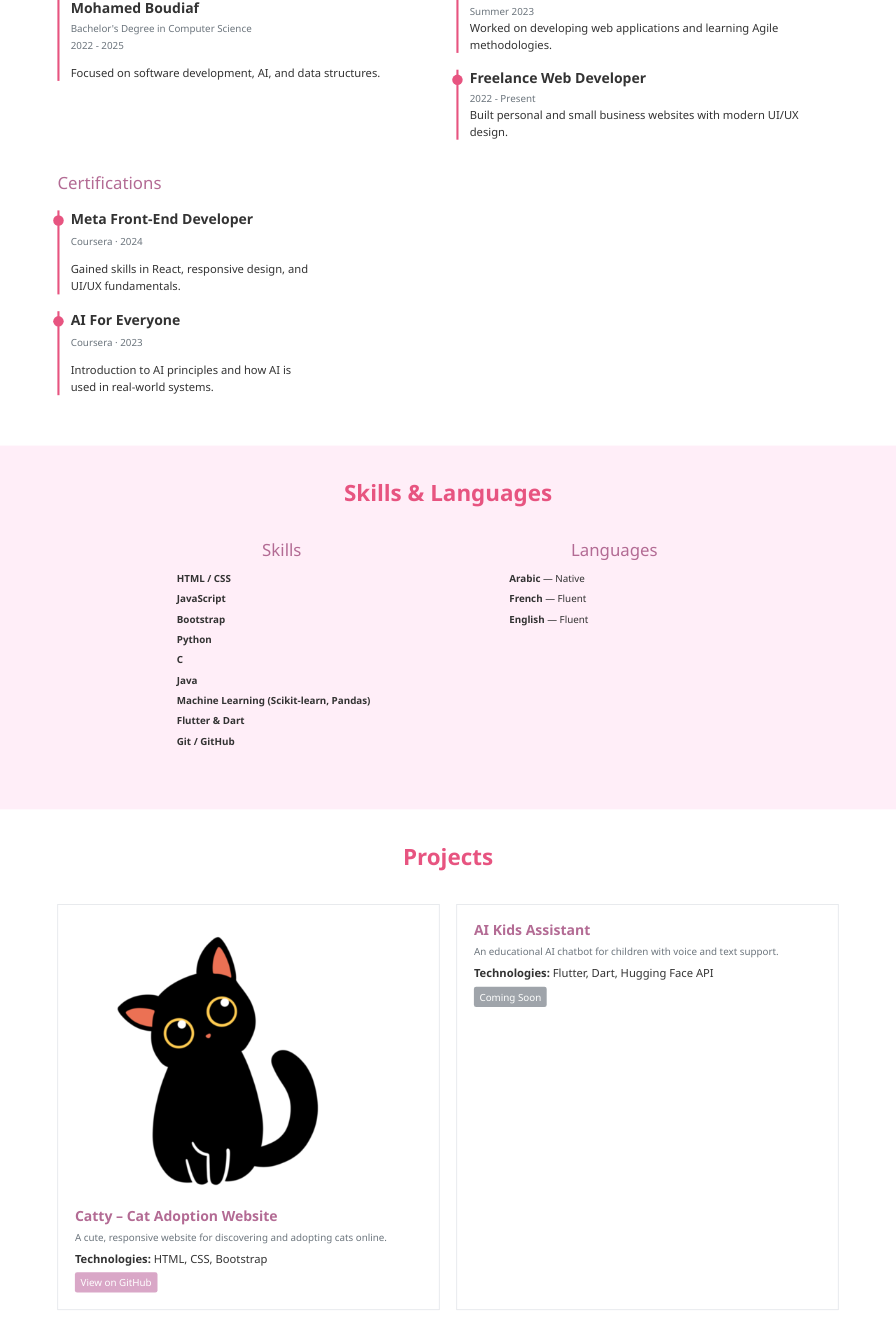
Repository: rihebtlh/portfolio
Page: new.html
An editor plug-in stored every save of this project. The page is shown before and after the next save, followed by the edit.
The browser window is 1280 px wide. The pictures show the part of the page from y = 1481 to 3401 px (the page is 3401 px tall before and 3302 px after), at 70% of full size.

Above is the page before, as saved 2025-07-02 16:03:02.

### new.html
<!DOCTYPE html>
<html lang="en">
<head>
  <meta charset="UTF-8" />
  <meta name="viewport" content="width=device-width, initial-scale=1.0" />
  <title>Riheb Talhi Portfolio</title>
  <link href="https://cdn.jsdelivr.net/npm/bootstrap@5.0.2/dist/css/bootstrap.min.css" rel="stylesheet" />
  <script src="https://cdn.jsdelivr.net/npm/bootstrap@5.0.2/dist/js/bootstrap.bundle.min.js"></script>
  <link rel="stylesheet" href="https://cdn.jsdelivr.net/npm/bootstrap-icons@1.10.5/font/bootstrap-icons.css">


  <style>
    body {
      font-family: 'Segoe UI', sans-serif;
      color: #333;
      background: #fff;
    }

    .navbar {
      background: rgba(255, 255, 255, 0.9);
      box-shadow: 0 4px 6px rgba(0, 0, 0, 0.05);
    }

    .navbar-nav .nav-link {
      color: #b36b94 !important;
      font-weight: 500;
    }

    .navbar-nav .nav-link:hover {
      color: #e75480 !important;
    }

    .btn-secondary {
      background-color: #d9a7c7;
      border: none;
    }

    .btn-secondary:hover {
      background-color: #e2b8d3;
    }

    h1, h2 {
      font-weight: 700;
    }

    .display-2 {
      color: #e75480;
    }

    .display-5 {
      color: #a070a8;
    }

    section {
      padding: 4rem 0;
    }

    .head {
      background-color: #ffeef8;
    }

    .about {
      background-color: #ffffff;
    }

    .about h2 {
      color: #e75480;
    }

    .about p {
      font-size: 1.1rem;
      color: #444;
      max-width: 800px;
    }

    img.rounded-circle {
      border: 4px solid #fff;
    }
    /* Simple timeline style */
  .timeline-item {
    border-left: 3px solid #e75480;
    padding-left: 1rem;
    position: relative;
  }
  .timeline-item::before {
    content: '';
    position: absolute;
    left: -9px;
    top: 0.4rem;
    width: 15px;
    height: 15px;
    background: #e75480;
    border-radius: 50%;
  }
  </style>
</head>
<body>

  <!-- Navbar -->
  <nav class="navbar navbar-expand-md navbar-light fixed-top">
    <div class="container-xxl">
      <button class="navbar-toggler" type="button" data-bs-toggle="collapse" data-bs-target="#main-nav"
        aria-controls="main-nav" aria-expanded="false" aria-label="Toggle navigation">
        <span class="navbar-toggler-icon"></span>
      </button>

      <div class="collapse navbar-collapse justify-content-end align-items-center" id="main-nav">
        <ul class="navbar-nav">
          <li class="nav-item"><a class="nav-link" href="#about">About Me</a></li>
          <li class="nav-item"><a class="nav-link" href="#resume">My Resume</a></li>
          <li class="nav-item"><a class="nav-link" href="#skills">Skills & Languages</a></li>
          <li class="nav-item"><a class="nav-link" href="#projects">Projects</a></li>
          <li class="nav-item ms-2 d-none d-md-inline">
            <a class="btn btn-secondary" href="#contact">Contact me here!</a>
          </li>
        </ul>
      </div>
    </div>
  </nav>

  <!-- Hero Section -->
    <section class="head d-flex align-items-center" style="min-height: 100vh;" id="home">
    <div class="container-lg">
        <div class="row justify-content-center align-items-center">
        <div class="col-md-8 text-start">
            <h1>
            <div class="display-2 fw-bold">Riheb Talhi</div>
            <div class="display-5">Computer Science Student</div>
            <div class="display-6 text-muted">just love to solve real-world problems through creative coding.</div>
            </h1>
        </div>
        <div class="col-md-4 text-center d-none d-md-block">
            <span class="tt" data-bs-placement="bottom" title="pic">
            <img src="/assets/pic.jpg" alt="Your photo" class="img-fluid rounded-circle shadow" style="max-height: 400px;">
            </span>
        </div>
        </div>
    </div>
    </section>


  <!-- About Me Section (White) -->
  <section class="about" id="about">
    <div class="container-lg">
      <div class="row justify-content-center">
        <div class="col-md-5">
          <h2 class="mb-4">About Me</h2>
          <p><strong>Name:</strong> Riheb Talhi</p>
          <p><strong>Email:</strong> talhiriheb@gmail.com</p>
          <p><strong>Education:</strong> university of science and technology of oran - mohamed boudiaf</p>
          <p>
            <i class="bi bi-github text-dark me-2"></i>
            <a href="https://github.com/rihebtlh" target="_blank">@rihebtlh</a>
          </p>
          <p>
            <i class="bi bi-linkedin"></i>
            <a href="https://www.linkedin.com/in/riheb-talhi-bab320293" target="_blank">Talhi Riheb</a>
          </p>
          <p>
            I love building smart, helpful apps and exploring the world of artificial intelligence.
            Currently, I'm focused on AI development especially in natural language processing (NLP) and machine learning (ML).
          </p>

        </div>
      </div>
    </div>
  </section>
  <!-- Resume Section -->
    <section id="resume" class="py-5" style="background:#fff;">
        <div class="container-lg">
            <h2 class="mb-5" style="color:#e75480;">My Resume</h2>
            <div class="row">

            <!-- Education -->
            <div class="col-md-6 mb-4">
                <h4 class="mb-4" style="color:#b36b94;">Education</h4>
                <div class="timeline">
                <div class="timeline-item mb-4">
                    <h5 class="mb-1 fw-bold">University of Science and Technology of Oran - Mohamed Boudiaf</h5>
                    <p class="text-muted mb-0"><small>Bachelor's Degree in Computer Science</small></p>
                    <p class="text-muted"><small>2022 - 2025</small></p>
                    <p>Focused on software development, AI, and data structures.</p>
                </div>
                <!-- Add more education here if needed -->
                </div>
            </div>

            <!-- Experience -->
            <div class="col-md-6 mb-4">
                <h4 class="mb-4" style="color:#b36b94;">Experience</h4>
                <div class="timeline">
                <div class="timeline-item mb-4">
                    <h5 class="mb-1 fw-bold">Internship at XYZ Company</h5>
                    <p class="text-muted mb-0"><small>Summer 2023</small></p>
                    <p>Worked on developing web applications and learning Agile methodologies.</p>
                </div>
                <div class="timeline-item mb-4">
                    <h5 class="mb-1 fw-bold">Freelance Web Developer</h5>
                    <p class="text-muted mb-0"><small>2022 - Present</small></p>
                    <p>Built personal and small business websites with modern UI/UX design.</p>
                </div>
                <!-- Add more experience as needed -->
                </div>
            </div>
            </div>
            <!-- Certifications -->
            <div class="col-md-4 mb-4">
                <h4 class="mb-4" style="color:#b36b94;">Certifications</h4>
                <div class="timeline">
                <div class="timeline-item mb-4">
                    <h5 class="fw-bold">Meta Front-End Developer</h5>
                    <p class="text-muted"><small>Coursera · 2024</small></p>
                    <p>Gained skills in React, responsive design, and UI/UX fundamentals.</p>
                </div>
                <div class="timeline-item mb-4">
                    <h5 class="fw-bold">AI For Everyone</h5>
                    <p class="text-muted"><small>Coursera · 2023</small></p>
                    <p>Introduction to AI principles and how AI is used in real-world systems.</p>
                </div>
                </div>
            </div>
        </div>
    </section>
    <!-- Skills & Languages Section -->
    <section id="skills" class="py-5" style="background-color: #ffeef8;">
    <div class="container-lg text-center">
        <h2 class="mb-5" style="color: #e75480;">Skills & Languages</h2>

        <div class="row justify-content-center">
        <!-- Skills -->
        <div class="col-md-5 mb-4">
            <h4 class="mb-3" style="color: #b36b94;">Skills</h4>
            <ul class="list-unstyled small text-start mx-auto" style="max-width: 300px;">
            <li class="mb-2"><strong>HTML / CSS</strong></li>
            <li class="mb-2"><strong>JavaScript</strong></li>
            <li class="mb-2"><strong>Bootstrap</strong></li>
            <li class="mb-2"><strong>Python</strong></li>
            <li class="mb-2"><strong>C</strong></li>
            <li class="mb-2"><strong>Java</strong></li>
            <li class="mb-2"><strong>Machine Learning (Scikit-learn, Pandas)</strong></li>
            <li class="mb-2"><strong>Flutter & Dart</strong></li>
            <li class="mb-2"><strong>Git / GitHub</strong></li>
            </ul>
        </div>

        <!-- Languages -->
        <div class="col-md-5 mb-4">
            <h4 class="mb-3" style="color: #b36b94;">Languages</h4>
            <ul class="list-unstyled small text-start mx-auto" style="max-width: 300px;">
            <li class="mb-2"><strong>Arabic</strong> — Native</li>
            <li class="mb-2"><strong>French</strong> — Fluent</li>
            <li class="mb-2"><strong>English</strong> — Fluent</li>
            </ul>
        </div>
        </div>
    </div>
    </section>
    <!-- Projects Section -->
    <section id="projects" class="py-5" style="background-color: #fff;">
      <div class="container-lg">
        <h2 class="mb-5 text-center" style="color: #e75480;">Projects</h2>

        <div class="row justify-content-center g-4">

          <!-- Project 1 -->
          <div class="col-md-6">
            <div class="p-4 border rounded-4 h-100" style="border-color: #ffd6e8; background-color: #fff;">
              <!-- Project Image -->
              <img src="assets/catLogo.webp" alt="Catty Website Preview" class="img-fluid rounded mb-2">
              <!-- Project Content -->
              <h5 class="fw-bold" style="color: #b36b94;">Catty – Cat Adoption Website</h5>
              <p class="text-muted small mb-2">A cute, responsive website for discovering and adopting cats online.</p>
              <p class="mb-2"><strong>Technologies:</strong> HTML, CSS, Bootstrap</p>
              <a href="https://github.com/rihebtlh/catty-storefront" target="_blank" class="btn btn-sm btn-secondary">View on GitHub</a>
            </div>
          </div>


          <!-- Project 2 -->
          <div class="col-md-6">
            <div class="p-4 border rounded-4 h-100" style="border-color: #ffd6e8;">
              <h5 class="fw-bold" style="color: #b36b94;">AI Kids Assistant</h5>
              <p class="text-muted small mb-2">An educational AI chatbot for children with voice and text support.</p>
              <p class="mb-2"><strong>Technologies:</strong> Flutter, Dart, Hugging Face API</p>
              <a href="#" target="_blank" class="btn btn-sm btn-secondary disabled">Coming Soon</a>
            </div>
          </div>

          <!-- Add more projects here -->

        </div>
      </div>
    </section>






  <!-- Tooltip Init -->
  <script>
    const tooltips = document.querySelectorAll('.tt');
    tooltips.forEach(t => {
      new bootstrap.Tooltip(t);
    });
  </script>

</body>
</html>

After the next save:
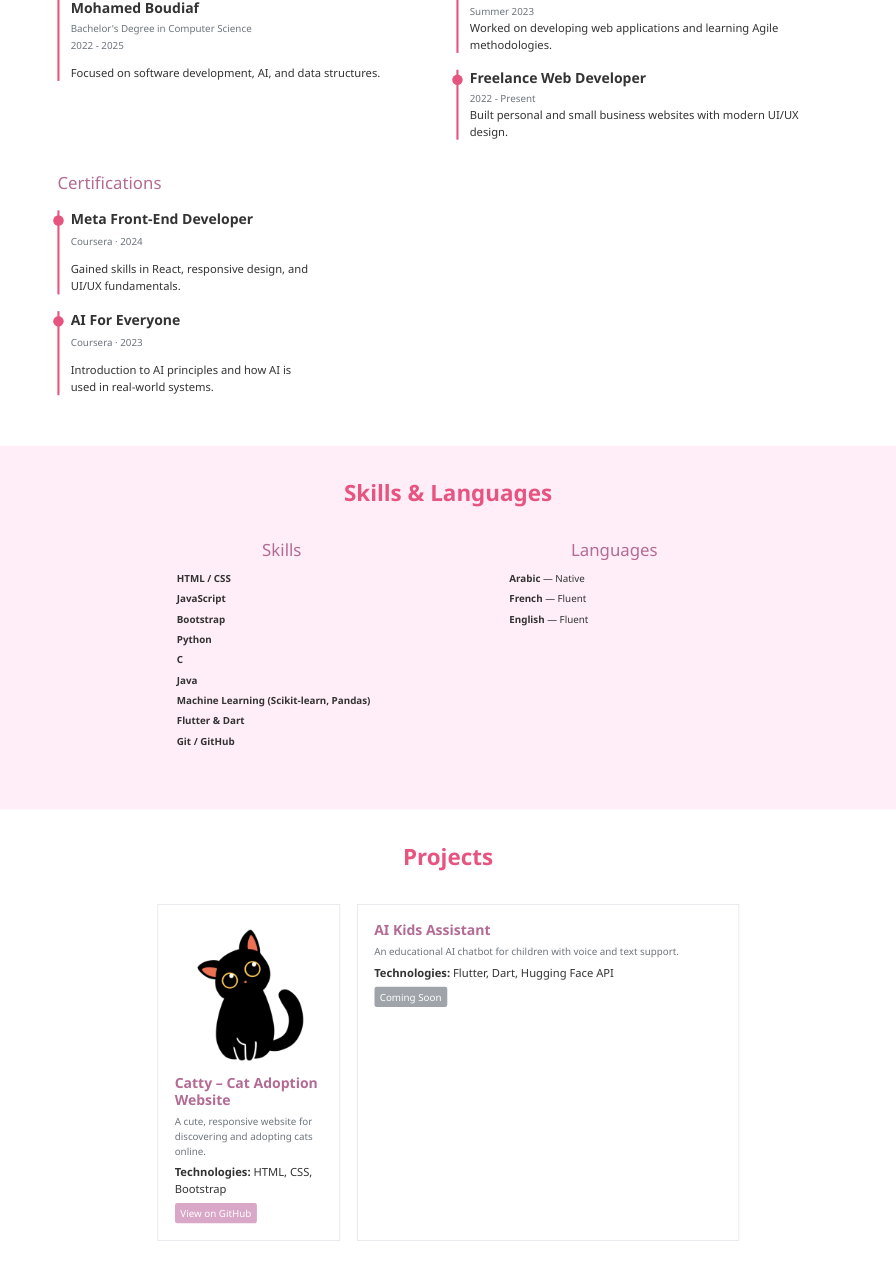
Saved 4 s later.
--- a/new.html
+++ b/new.html
@@ -263,7 +263,7 @@
         <div class="row justify-content-center g-4">
 
           <!-- Project 1 -->
-          <div class="col-md-6">
+          <div class="col-md-3">
             <div class="p-4 border rounded-4 h-100" style="border-color: #ffd6e8; background-color: #fff;">
               <!-- Project Image -->
               <img src="assets/catLogo.webp" alt="Catty Website Preview" class="img-fluid rounded mb-2">
